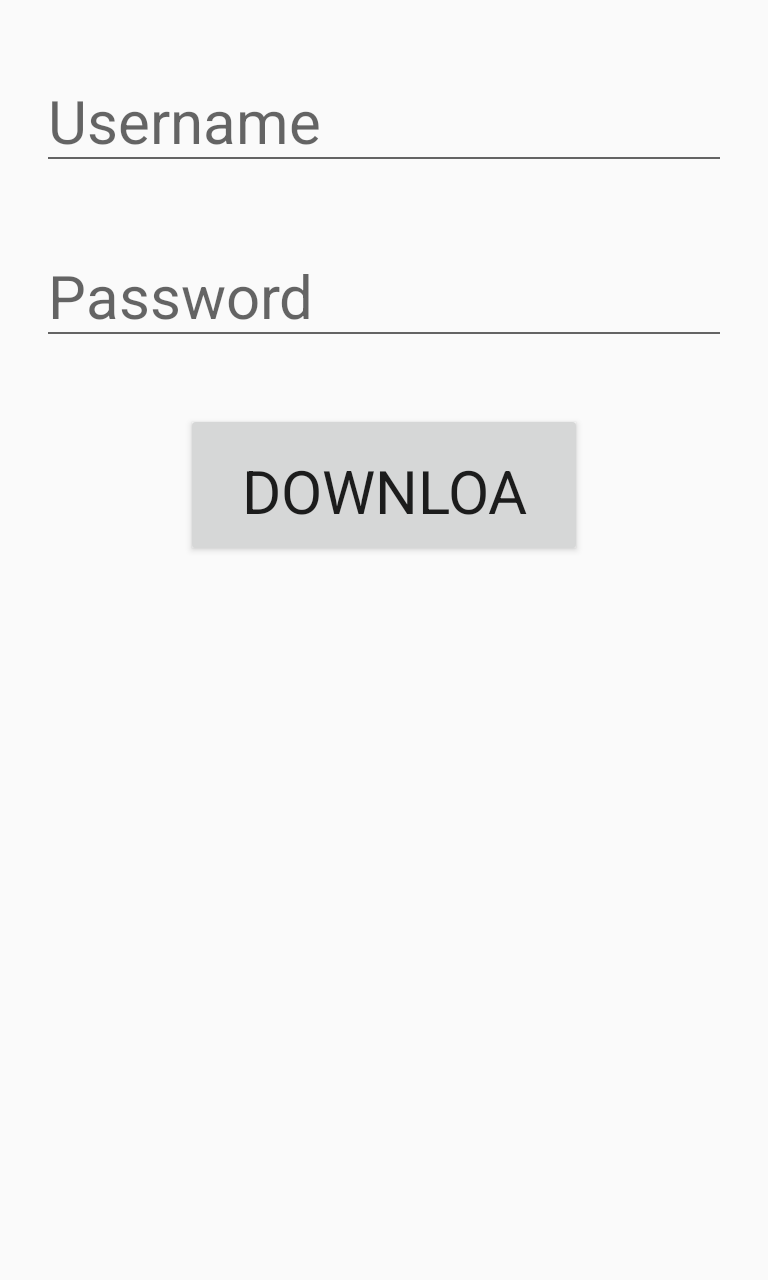
Repository: achavez812/GuatemalaProject2
Layout: GuateMedic-master/GuateMedic/res/layout/fragment_download_login.xml
These files come from the project's save history. The layout is drawn as it stood at one moment and after the next save; the edit follows.
It is drawn on a 768 x 1280 px phone screen (xhdpi) without system bars, with theme AppTheme; the app's code is not run.

Above is the layout before, as saved 2014-07-01 07:13:18.

After the next save:
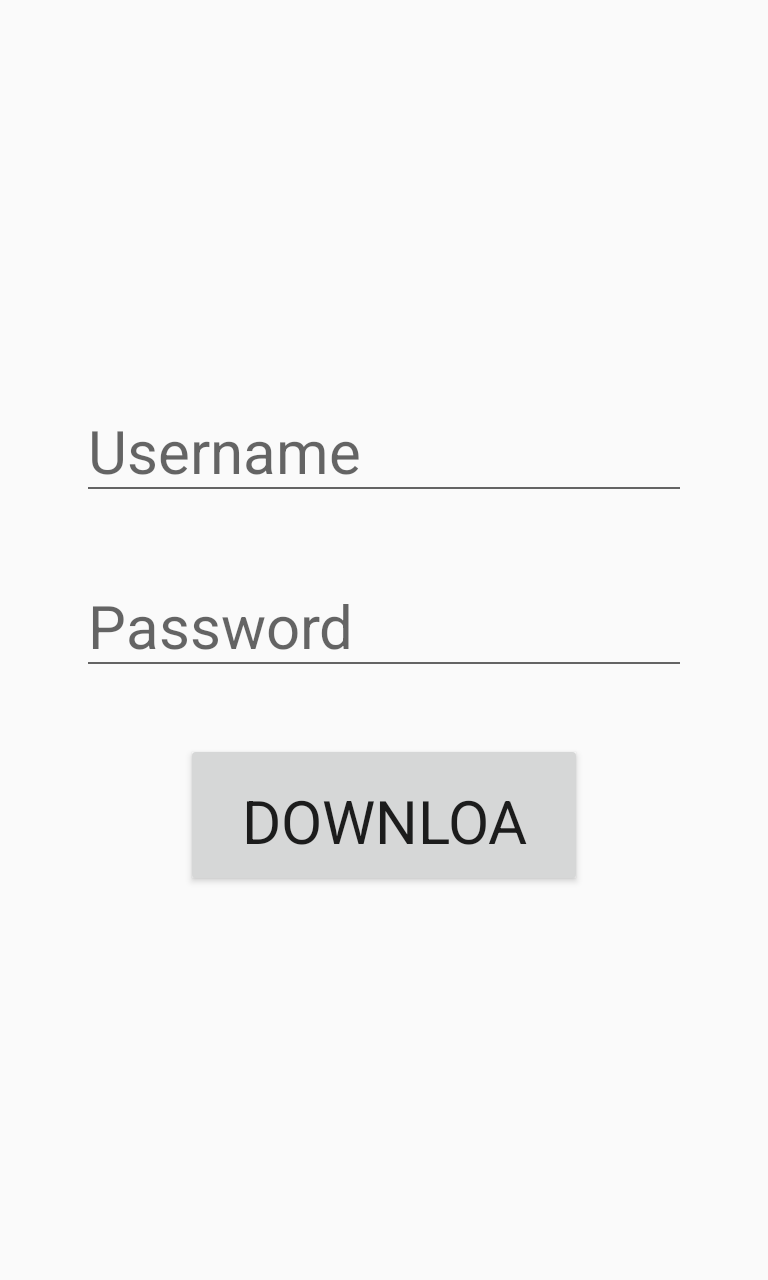
Saved 5 min 56 s later.
--- a/GuateMedic-master/GuateMedic/res/layout/fragment_download_login.xml
+++ b/GuateMedic-master/GuateMedic/res/layout/fragment_download_login.xml
@@ -2,7 +2,10 @@
 <RelativeLayout xmlns:android="http://schemas.android.com/apk/res/android"
     xmlns:tools="http://schemas.android.com/tools"
     android:layout_width="match_parent"
-    android:layout_height="match_parent" >
+    android:layout_height="match_parent"
+    android:gravity="center"
+    android:orientation="vertical"
+    android:padding="20dp">
 
     <EditText
         android:id="@+id/download_login_username_edittext"
